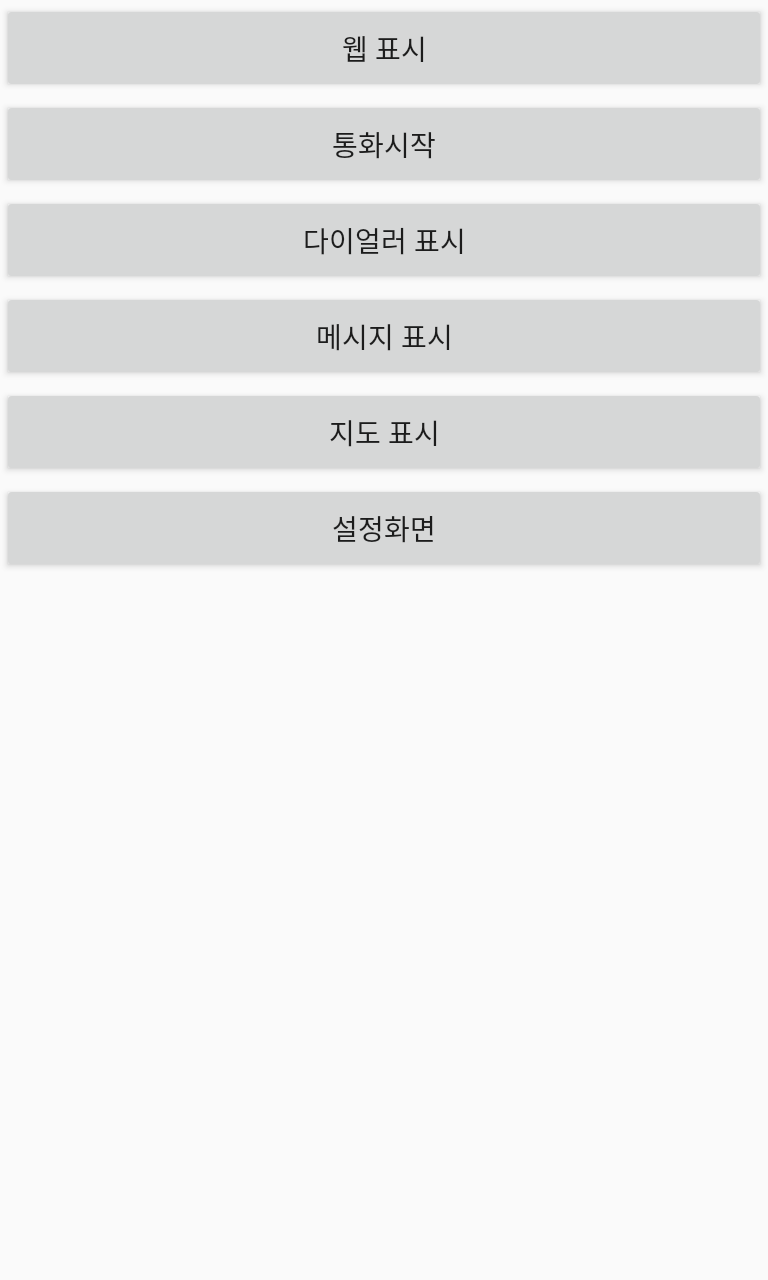
Repository: testGitHubTeam/study_Android
Layout: 62IntentDemo/res/layout/activity_main.xml
An editor plug-in stored every save of this project. The layout is shown before and after the next save, followed by the edit.
It is drawn on a 768 x 1280 px phone screen (xhdpi) without system bars, with theme AppTheme; the app's code is not run.

Above is the layout before, as saved 2014-04-28 01:46:08.

After the next save:
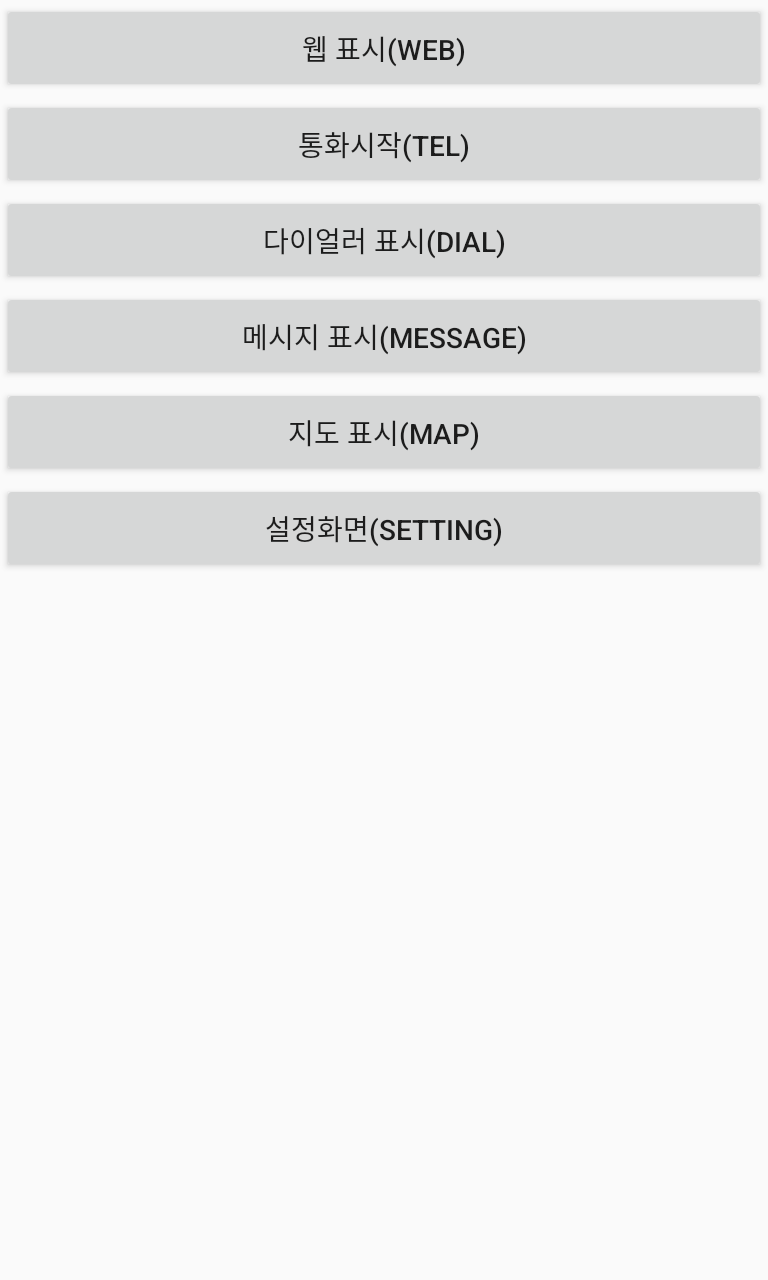
Saved 45 s later.
--- a/62IntentDemo/res/layout/activity_main.xml
+++ b/62IntentDemo/res/layout/activity_main.xml
@@ -12,7 +12,7 @@
         android:layout_height="wrap_content"
         android:layout_alignParentLeft="true"
         android:layout_alignParentTop="true"
-        android:text="웹 표시" />
+        android:text="웹 표시(Web)" />
 
     <Button
         android:id="@+id/btnCall"
@@ -20,7 +20,7 @@
         android:layout_height="wrap_content"
         android:layout_alignParentLeft="true"
         android:layout_below="@+id/btnWeb"
-        android:text="통화시작" />
+        android:text="통화시작(Tel)" />
 
     <Button
         android:id="@+id/btnDial"
@@ -28,7 +28,7 @@
         android:layout_height="wrap_content"
         android:layout_alignParentLeft="true"
         android:layout_below="@+id/btnCall"
-        android:text="다이얼러 표시" />
+        android:text="다이얼러 표시(Dial)" />
 
     <Button
         android:id="@+id/btnMessage"
@@ -36,7 +36,7 @@
         android:layout_height="wrap_content"
         android:layout_alignParentLeft="true"
         android:layout_below="@+id/btnDial"
-        android:text="메시지 표시" />
+        android:text="메시지 표시(Message)" />
 
     <Button
         android:id="@+id/btnMap"
@@ -44,7 +44,7 @@
         android:layout_height="wrap_content"
         android:layout_alignParentLeft="true"
         android:layout_below="@+id/btnMessage"
-        android:text="지도 표시" />
+        android:text="지도 표시(Map)" />
 
     <Button
         android:id="@+id/btnSetting"
@@ -52,6 +52,6 @@
         android:layout_height="wrap_content"
         android:layout_alignParentLeft="true"
         android:layout_below="@+id/btnMap"
-        android:text="설정화면" />
+        android:text="설정화면(Setting)" />
 
 </RelativeLayout>
